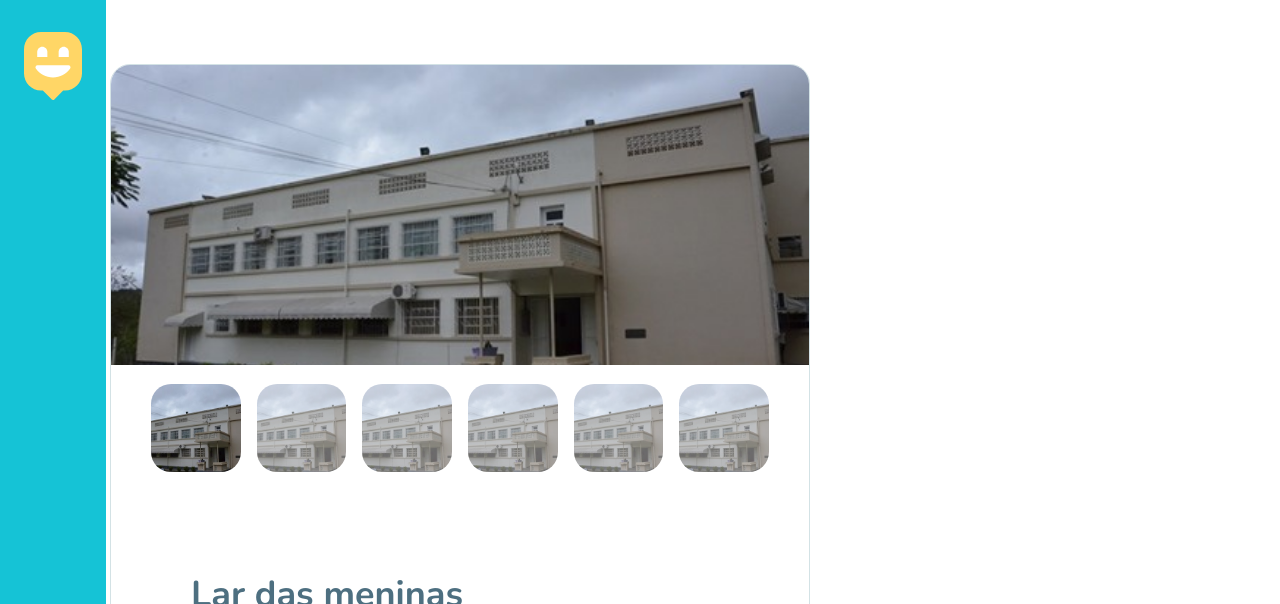
Repository: SrtaPoe/nlw
Page: orphanage.html
The author's editor kept a copy of each file at every save. The page is drawn from the files as they stood at one save, then again after the next save.
The browser window is 1280 px wide. The pictures show the part of the page from y = 0 to 604 px (the page is 1767 px tall).
Pictures or frames that could not be fetched are drawn as grey boxes. Some web libraries are served in a nearby version.

Above is the page before, as saved 2020-10-17 19:29:04.

After the next save:
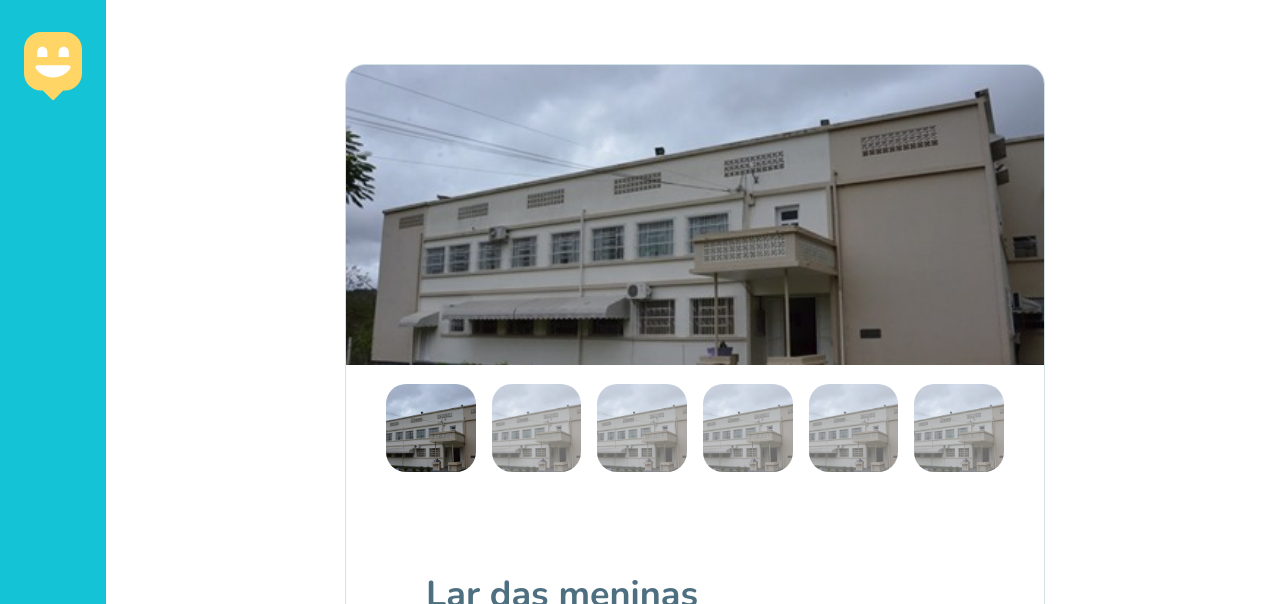
Saved 53 s later.
--- a/public/css/page-orphanage.css
+++ b/public/css/page-orphanage.css
@@ -29,6 +29,11 @@
 
 aside.sidebar footer button:hover {
     background: #17d6eb;
+}
+
+
+main {
+    flex: 1;
 }
 
 .with-sidebar {
